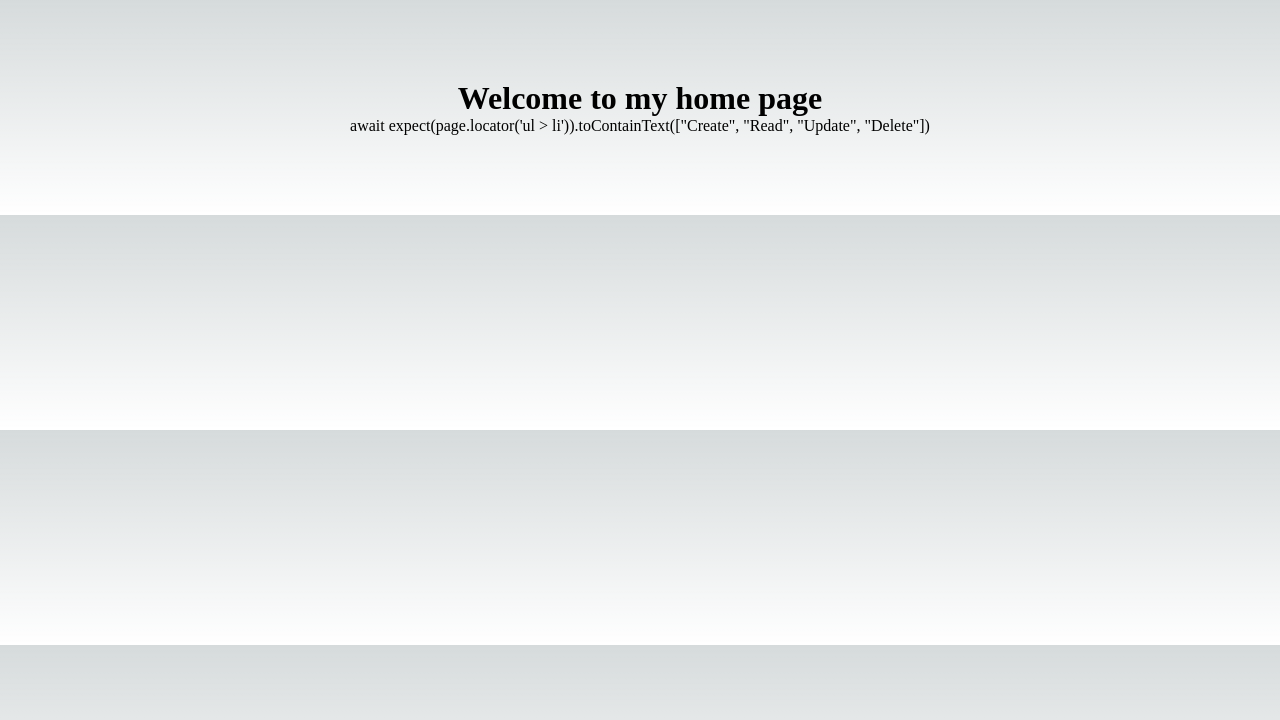
Repository: giovanabirck/class04-playwright
Page: /
An editor plug-in stored every save of this project. The page is shown before and after a run of saves, followed by the edit.
The browser window is 1280 px wide. The pictures show the whole page.
The project was rebuilt for these pictures with package versions that can differ from the ones it lists, and the page was loaded fresh each time. The framework's server and built-in components were replaced by stand-ins that run in the browser. Also part of the build but not shown: next.config.js.

Above is the page before, as saved 2023-01-26 14:57:23.

After the next 2 saves:
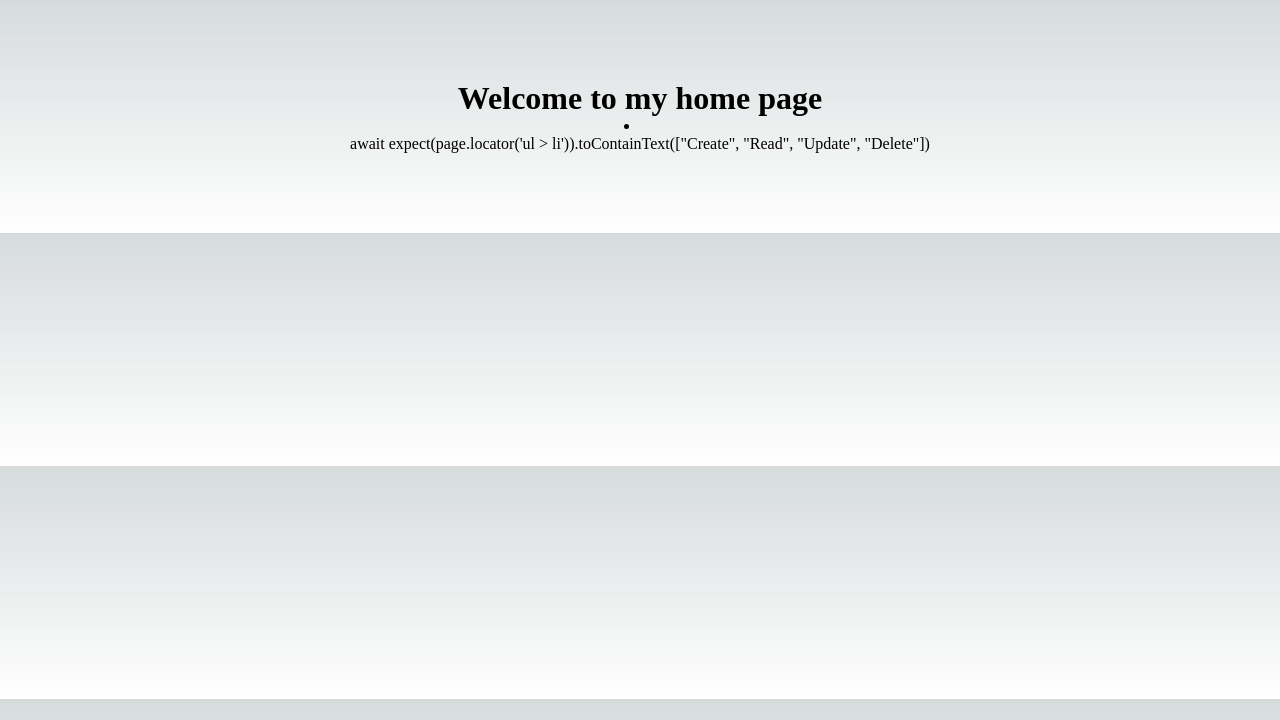
The 2 saves are shown as one change because they came seconds apart.
The last was saved 9 s later.
--- a/pages/index.js
+++ b/pages/index.js
@@ -16,6 +16,11 @@ export default function Home() {
       </Head>
       <main className={styles.main}>
         <h1>Welcome to my home page</h1>
+        <ul>
+          <li>
+
+          </li>
+        </ul>
         await expect(page.locator('ul > li')).toContainText(["Create", "Read", "Update", "Delete"])
       </main>
     </>
